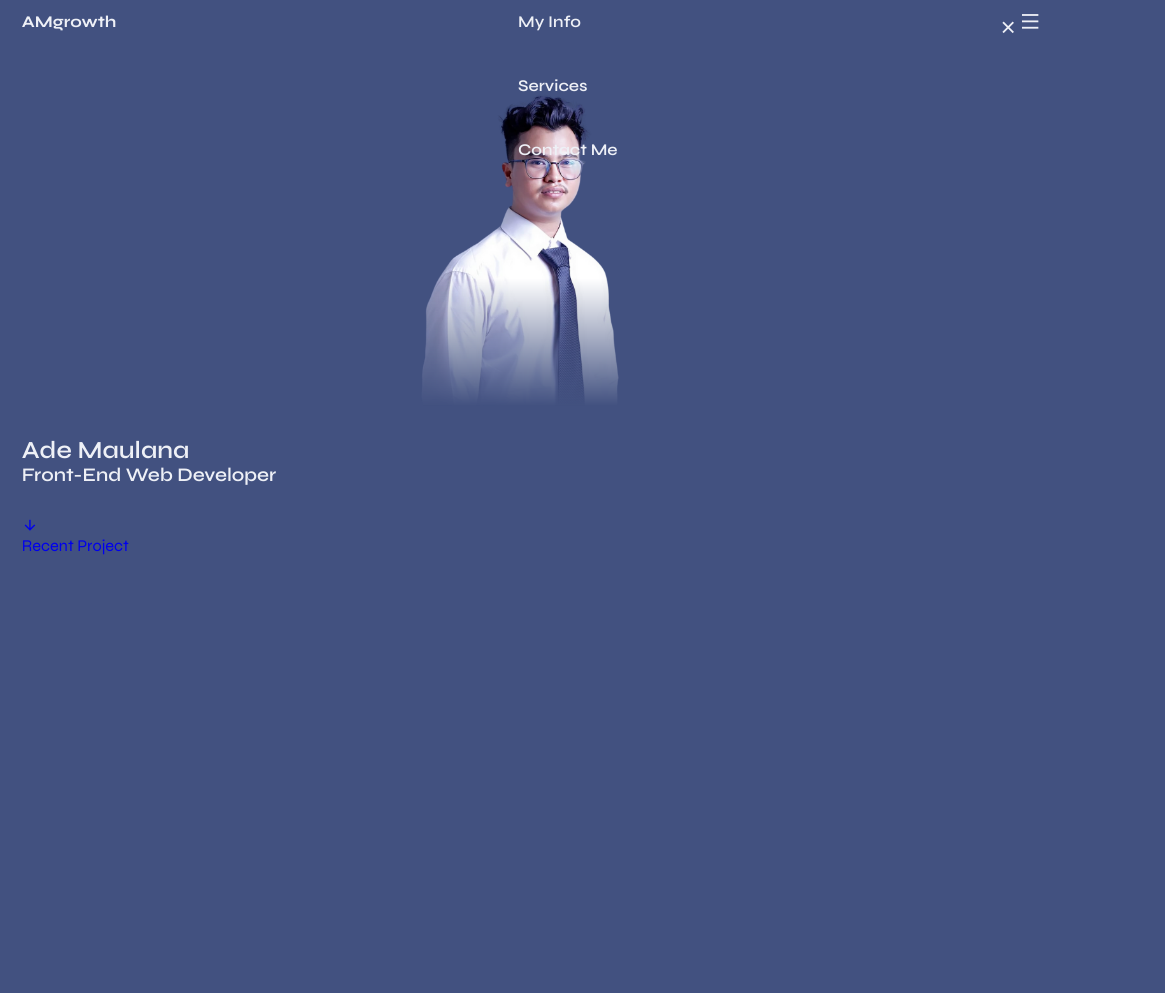
Repository: Ademaulana100499/portofolio
Page: index.html
The author's editor kept a copy of each file at every save. The page is drawn from the files as they stood at one save, then again after the next save.
The browser window is 1280 px wide. The pictures show the whole page, at 91% of full size.
Some web fonts or font styles are not loaded; a fallback is used.

Above is the page before, as saved 2024-11-28 16:59:15.

### index.html
<!DOCTYPE html>
<html lang="en">
  <head>
    <meta charset="UTF-8" />
    <meta name="viewport" content="width=device-width, initial-scale=1.0" />
    <title>AMgrowth</title>
    <link rel="shortcut icon" href="assets/img/Favicon.png" />
    <link
      href="https://cdn.jsdelivr.net/npm/remixicon/fonts/remixicon.css"
      rel="stylesheet"
    />
    <link rel="stylesheet" href="assets/css/style.css" />
  </head>
  <body>
    <!-- HEADER -->
    <header class="header" id="header">
      <nav class="nav container">
        <a href="#" class="nav__logo">AMgrowth</a>
        <div class="nav__menu" id="nav-menu">
          <ul class="nav__list">
            <li>
              <a href="#home" class="nav__link">Home</a>
            </li>
            <li>
              <a href="#project" class="nav__link">Project</a>
            </li>
            <li>
              <a href="#info" class="nav__link">My Info</a>
            </li>
            <li>
              <a href="#services" class="nav__link">Services</a>
            </li>
            <li>
              <a href="#contact" class="nav__link">Contact Me</a>
            </li>
          </ul>
          <!-- Close Button -->
          <div class="nav__close" id="nav-close">
            <i class="ri-close-line"></i>
          </div>
        </div>

        <!-- Toggle Button -->
        <div class="nav__toggle" id="nav-toggle">
          <i class="ri-menu-line"></i>
        </div>
      </nav>
    </header>

    <!-- MAIN -->
    <main class="main" id="main">
      <!-- HOME -->
      <section class="home section" id="home">
        <div class="home__container container grid">
          <img src="assets/img/Photo.png" alt="image" class="home__img" />
          <div class="home__data">
            <h1>Ade Maulana</h1>
            <h3>Front-End Web Developer</h3>
          </div>
          <a href="#project" class="home__scroll">
            <div class="home__scroll-box">
              <i class="ri-arrow-down-line"></i>
            </div>
            <span class="home__scroll-text">Recent Project</span>
          </a>
        </div>
      </section>
      <!-- PROJECT -->
      <section class="project section" id="project"></section>
      <!-- INFO -->
      <section class="info section" id="info"></section>
      <!-- SERVICES -->
      <section class="services section" id="services"></section>
      <!-- CONTACT -->
      <section class="contact section" id="contact"></section>
    </main>

    <!-- FOOTER -->
    <footer class="footer" id="footer"></footer>
    <!-- SCROLL UP -->
    <!-- SCROLLREVEAL -->
    <script src=""></script>
    <!-- EMAIL JS -->
    <script src=""></script>
    <!-- MAIN JS -->
    <script src="assets/js/main.js"></script>
  </body>
</html>

### assets/css/style.css
@import url("https://fonts.googleapis.com/css2?family=Kite+One&family=Oooh+Baby&family=Orelega+One&family=Poppins:ital,wght@0,100;0,200;0,300;0,400;0,500;0,600;0,700;0,800;0,900;1,100;1,200;1,300;1,400;1,500;1,600;1,700;1,800;1,900&family=Syne:wght@400..800&display=swap");

/* VARIABLE CSS */
:root {
  --header-height: 3rem;

  /* Colors */
  --hue: 230;
  --first-color: hsl(var(--hue), 55%, 55%);
  --first-color-light: hsl(var(--hue), 55%, 65%);
  --first-color-alt: hsl(var(--hue), 50%, 50%);
  --title-color: hsl(var(--hue), 30%, 95%);
  --text-color: hsl(var(--hue), 20%, 80%);
  --text-color-light: hsl(var(--hue), 20%, 70%);
  --body-color: hsl(225, 32%, 38%);
  --container-color: hsl(var(--hue), 40%, 20%);

  /* Font and typography */
  --body-font: "Syne", sans-serif;
  --biggest-font-size: 3rem;
  --h1-font-size: 1.5rem;
  --h2-font-size: 1.25rem;
  --h3-font-size: 1rem;
  --normal-font-size: 0.938rem;
  --small-font-size: 0.813rem;

  /* Font weight */
  --font-regular: 400;
  --font-semi-bold: 600;
  --font-bold: 700;

  /* z index */
  --z-tooltip: 10;
  --z-fixed: 100;
}
/* Responsive typography */
@media screen and (min-width: 1150px) {
  :root {
    --biggest-font-size: 5.5rem;
    --big-font-size: 2.75rem;
    --h1-font-size: 2.25rem;
    --h2-font-size: 1.5rem;
    --h3-font-size: 1.25rem;
    --normal-font-size: 1.125rem;
    --small-font-size: 0.875rem;
  }
}

/* BASE */
* {
  margin: 0;
  padding: 0;
  box-sizing: border-box;
}

html {
  scroll-behavior: smooth;
}

body,
input,
textarea,
button {
  font-family: var(--body-font);
  font-size: var(--normal-font-size);
}

body {
  background-color: var(--body-color);
  color: var(--text-color);
}
input,
button,
textarea {
  outline: none;
  border: none;
}

h1,
h2,
h3 {
  color: var(--title-color);
  font-weight: var(--font-semi-bold);
}
p {
  line-height: 130%;
}

ul {
  list-style: none;
}

a {
  text-decoration: none;
}

img {
  display: block;
  max-width: 100%;
  height: auto;
}

/* REUSABLE CSS CLASSES */
.container {
  max-width: 1120px;
  margin-inline: 1.5rem;
}

.grid {
  display: grid;
  gap: 1.5rem;
}

.section {
  padding-block: 5rem 2rem;
}

.section__title {
  font-size: var(--h1-font-size);
  text-align: center;
  margin-bottom: 2rem;
  font-weight: var(--font-bold);
}
main {
  overflow: hidden;
}

/* HEADER & NAV */
.header {
  position: fixed;
  width: 100%;
  top: 0;
  left: 0;
  background-color: transparent;
  z-index: var(--z-fixed);
}
.nav {
  position: relative;
  height: var(--header-height);
  display: flex;
  justify-content: space-between;
  align-items: center;
}

.nav__logo {
  color: var(--title-color);
  font-weight: var(--font-bold);
}
.nav__toggle,
.nav__close {
  font-size: 1.5rem;
  cursor: pointer;
  color: var(--title-color);
}
/* Navigation for mobile */
@media screen and (max-width: 1150px) {
  .nav__menu {
    position: fixed;
    top: 0;
    right: -100%;
    background-color: hsla(var(--hue), 70%, 4%, 0.2);
    backdrop-filter: blur(16px);
    -webkit-backdrop-filter: blur(16px);
    width: 80%;
    height: 100%;
    padding: 7rem 3rem;
    transition: right 0.4s;
  }
}
.nav__list {
  display: flex;
  flex-direction: column;
  row-gap: 3rem;
}
.nav__link {
  position: relative;
  color: var(--title-color);
  font-weight: var(--font-semi-bold);
  transition: color 0.4s;
}
.nav__link::after {
  content: "";
  width: 0;
  height: 2px;
  background-color: var(--first-color-light);
  position: absolute;
  left: 0;
  bottom: -0.5rem;
  transition: width 0.3s;
}
.nav__link:hover {
  color: var(--first-color-light);
}
.nav__link:hover::after {
  width: 30%;
}
.nav__close {
  position: absolute;
  top: 1rem;
  right: 1.5rem;
}

/* Show Menu */
.show-menu {
  right: 0;
}
/* Add blur to header */
/* Active link */

/* HOME */
.home__container {
  row-gap: 2rem;
  padding-top: 1rem;
}

.home__img {
  width: 350px;
  justify-self: center;
  mask-image: linear-gradient(
    to bottom,
    hsla(var(--hue), 40%, 16%) 60%,
    transparent 100%
  );
}

### assets/js/main.js
const navMenu = document.getElementById("nav-menu"),
  navToggle = document.getElementById("nav-toggle"),
  navClose = document.getElementById("nav-close");

if (navToggle) {
  navToggle.addEventListener("click", () => {
    navMenu.classList.add("show-menu");
  });
}

if (navClose) {
  navClose.addEventListener("click", () => {
    navMenu.classList.remove("show-menu");
  });
}

const navLink = document.querySelectorAll(".nav__link");
const linkAction = () => {
  const navMenu = document.getElementById("nav-menu");
  navMenu.classList.remove("show-menu");
};
navLink.forEach((n) => n.addEventListener("click", linkAction));

After the next save:
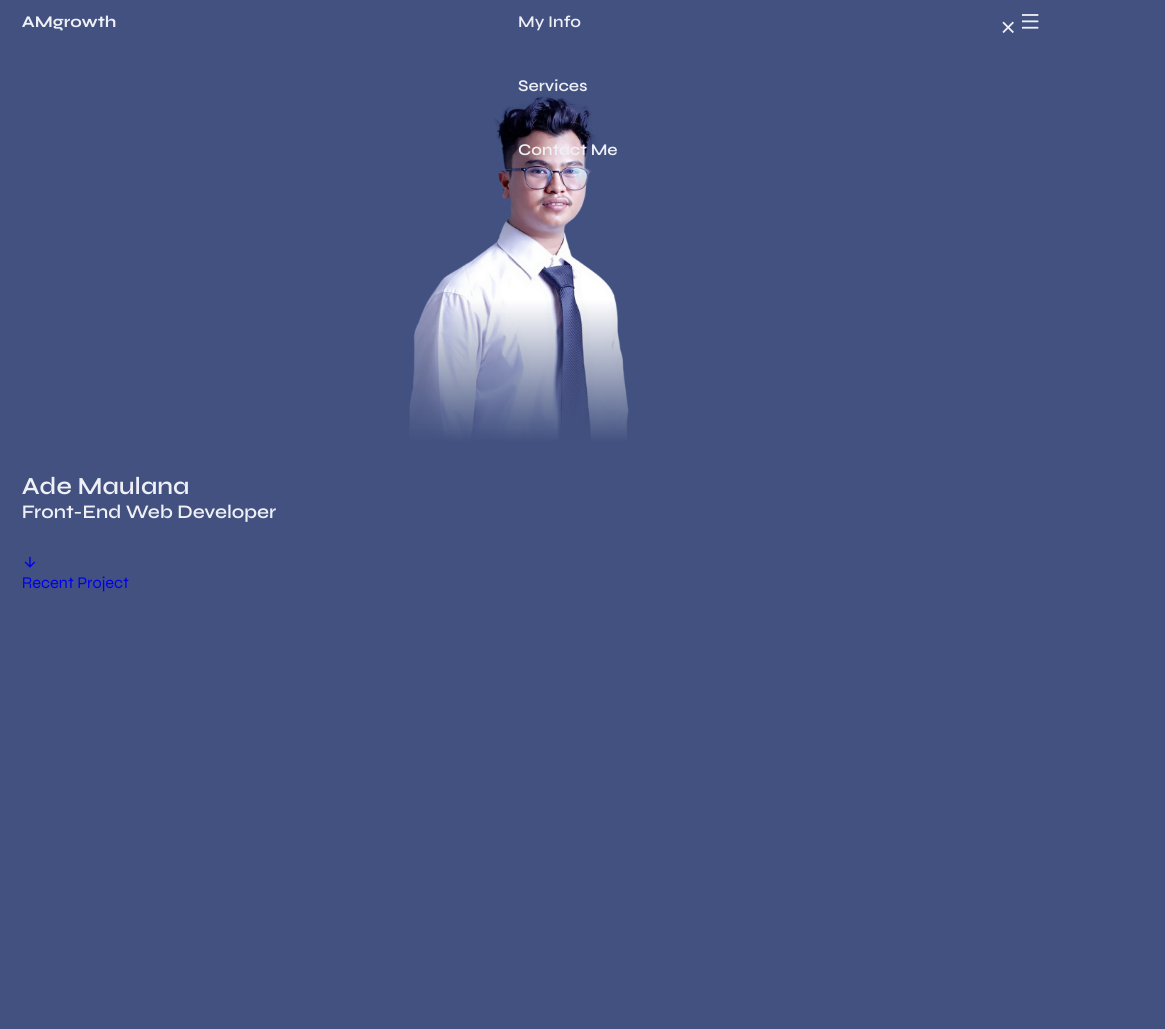
Saved 9 s later.
--- a/assets/css/style.css
+++ b/assets/css/style.css
@@ -214,7 +214,7 @@ main {
 }
 
 .home__img {
-  width: 350px;
+  width: 390px;
   justify-self: center;
   mask-image: linear-gradient(
     to bottom,
